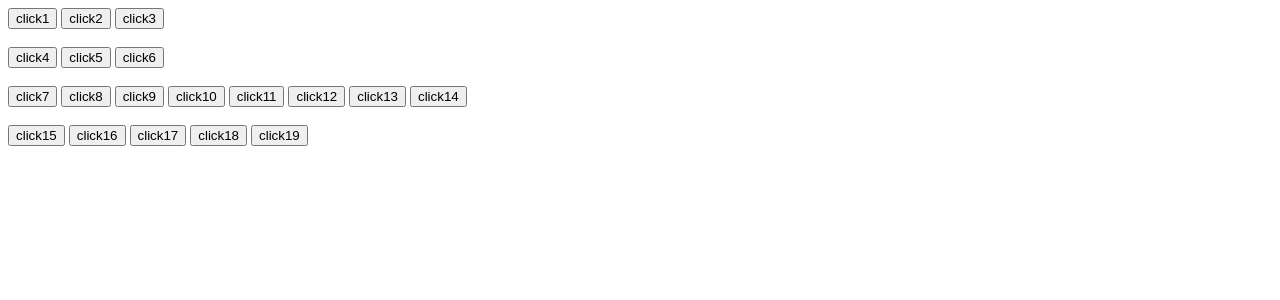
Repository: yhj4130/JsonStudy
Page: JsonApp01/WebContent/JsonTest10.html
An editor plug-in stored every save of this project. The page is shown before and after the next save, followed by the edit.
The browser window is 1280 px wide. The pictures show the whole page.

Above is the page before, as saved 2019-05-31 07:05:56.

### JsonApp01/WebContent/JsonTest10.html
<script type="text/javascript">

	var obj6 =
	[
		"test"
	]

	var obj6_1 =
	[
		"test1", "test2"
	]

	var obj6_2 =
	[
		"test1", "test2", 123, 123+1
	]

</script>

<form>
	<input type="button" value="click1" onclick="alert(obj6)">
	<!-- test -->
	<input type="button" value="click2" onclick="alert(obj6_1)">
	<!-- test1, test2 -->
	<input type="button" value="click3" onclick="alert(obj6_2)">
	<!-- test1, test2, 123, 124 -->

	<br><br>

	<input type="button" value="click4" onclick="alert(typeof obj6)">
	<!-- object -->
	<input type="button" value="click5" onclick="alert(typeof obj6_1)">
	<!-- object -->
	<input type="button" value="click6" onclick="alert(typeof obj6_2)">
	<!-- object -->

	<br><br>

	<input type="button" value="click7" onclick="alert(obj6[0])">
	<!-- test -->
	<input type="button" value="click8" onclick="alert(typeof obj6[0])">
	<!-- string -->

	<input type="button" value="click9" onclick="alert(obj6[1])">
	<!-- undefined -->

	<input type="button" value="click10" onclick="alert(obj6_1[0])">
	<!-- test1 -->
	<input type="button" value="click11" onclick="alert(obj6_1[1])">
	<!-- test2 -->
	<input type="button" value="click12" onclick="alert(typeof obj6_1[0])">
	<!-- string -->
	<input type="button" value="click13" onclick="alert(typeof obj6_1[1])">
	<!-- string -->
	<input type="button" value="click14" onclick="alert(obj6_1[0] + obj6_1[1])">
	<!-- test1test2 -->

	<br><br>

	<input type="button" value="click15" onclick="alert(obj6_2[1])">
	<!-- test2 -->
	<input type="button" value="click16" onclick="alert(obj6_2[2])">
	<!-- 123 -->
	<input type="button" value="click17" onclick="alert(typeof obj6_2[1])">
	<!-- string -->
	<input type="button" value="click18" onclick="alert(typeof obj6_2[2])">
	<!-- number -->

	<input type="button" value="click19" onclick="alert(obj6_2[1] + obj6_2[2])">
	<!-- number -->

</form>

After the next save:
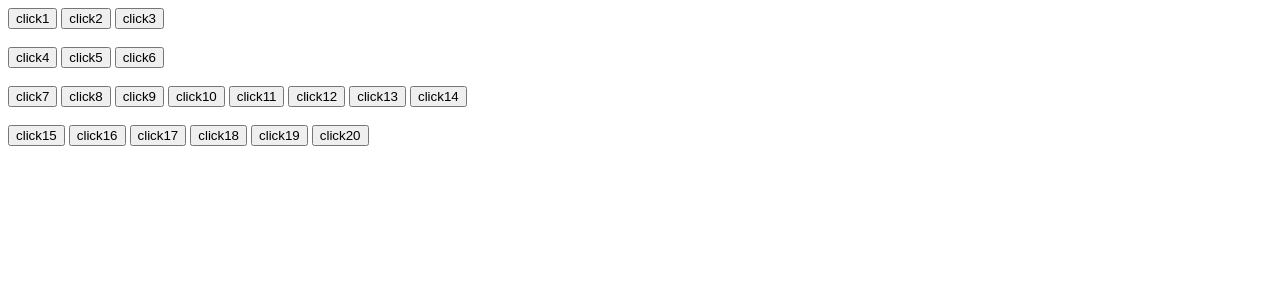
Saved 11 s later.
--- a/JsonApp01/WebContent/JsonTest10.html
+++ b/JsonApp01/WebContent/JsonTest10.html
@@ -68,5 +68,6 @@
 
 	<input type="button" value="click19" onclick="alert(obj6_2[1] + obj6_2[2])">
 	<!-- number -->
+	<input type="button" value="click20" onclick="alert(obj6_2[2] + obj6_2[3])">
 
 </form>
